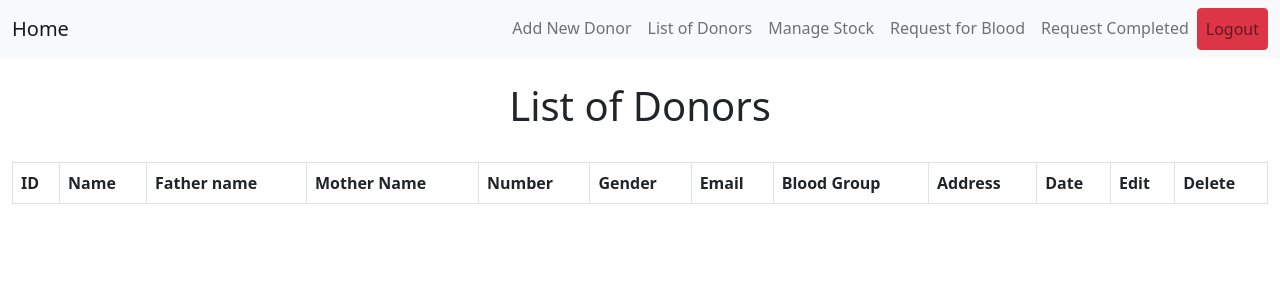
Repository: kshitizJ/Blood-Bank-Management-System-in-jsp
Page: http://localhost/Blood_Bank_Management_System/editDeleteList.jsp
These files come from the project's save history. The page is drawn as it stood at one moment and after the next save; the edit follows.
The browser window is 1280 px wide. The pictures show the whole page.
The page is served by Tomcat 9. Queries for data that is not in the repository find no rows.

Above is the page before, as saved 2021-04-28 09:40:24.

After the next save:
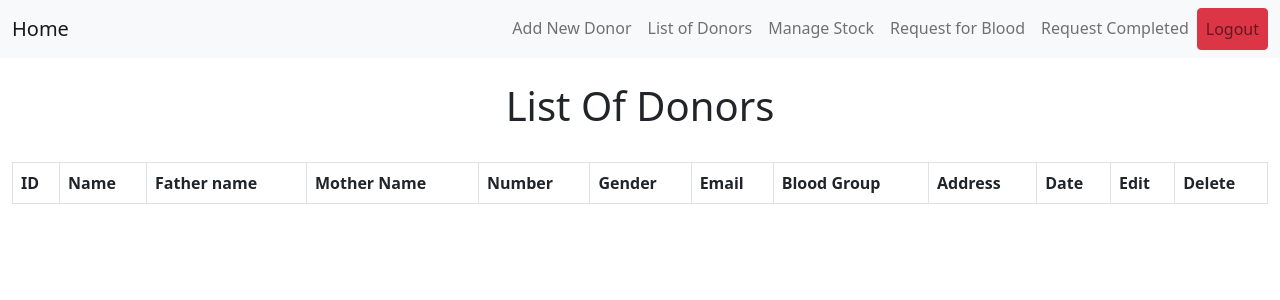
Saved 49 s later.
--- a/Blood Bank Management System/WebContent/editDeleteList.jsp
+++ b/Blood Bank Management System/WebContent/editDeleteList.jsp
@@ -8,7 +8,7 @@
 </head>
 <body>
 	<br>
-	<h1 class="text-center">List of Donors</h1>
+	<h1 class="text-center">List Of Donors</h1>
 	<br>
 	<div class="container-fluid">
 		<div class="row">
